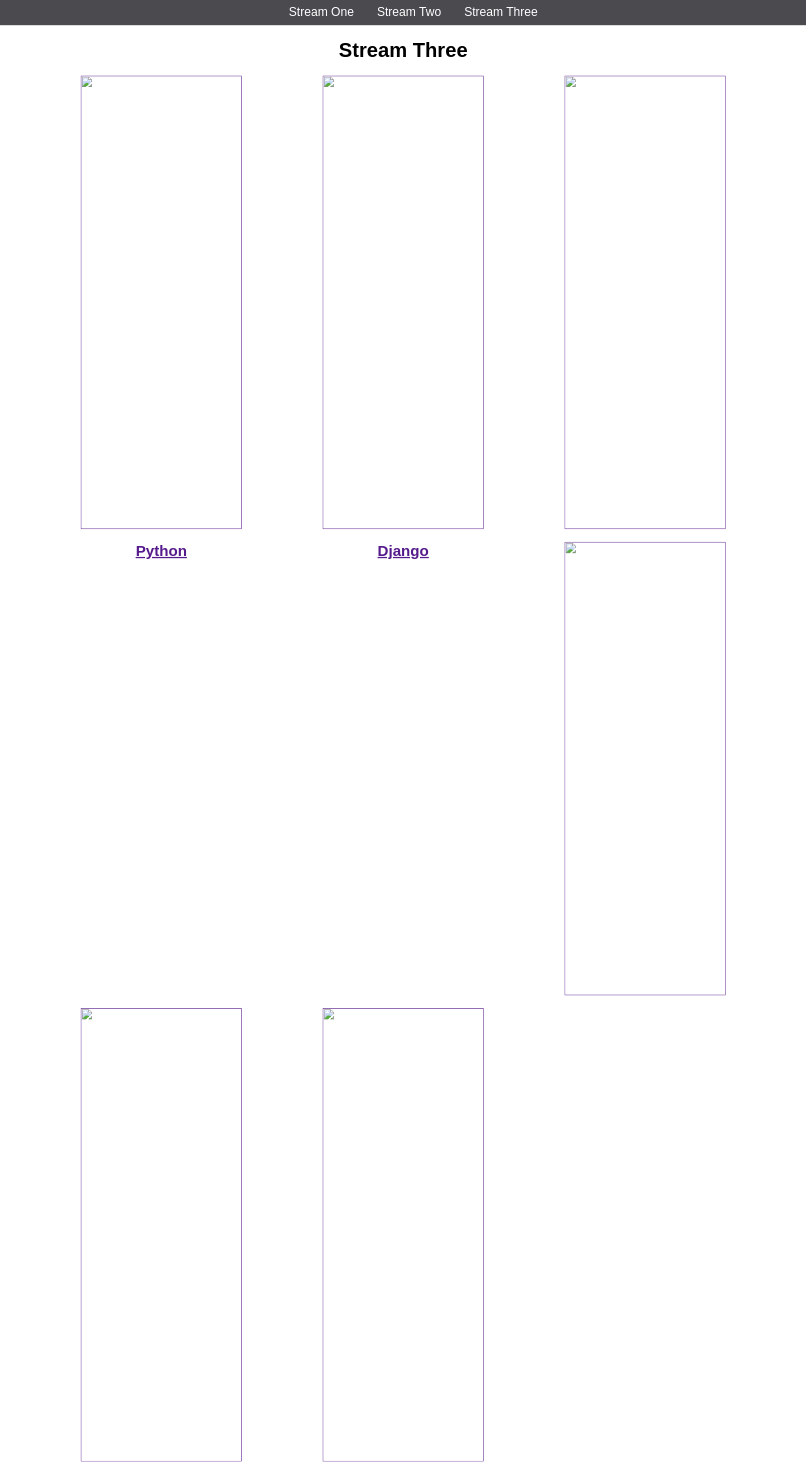
Repository: 1208kelly/my-first-website-aws
Page: stream-three.html
The author's editor kept a record of every edit. The page is drawn from the files as they stood at one moment, then again after the next edit.
The browser window is 1280 px wide. The pictures show the whole page, at 63% of full size.

Above is the page before.

After the next edit:
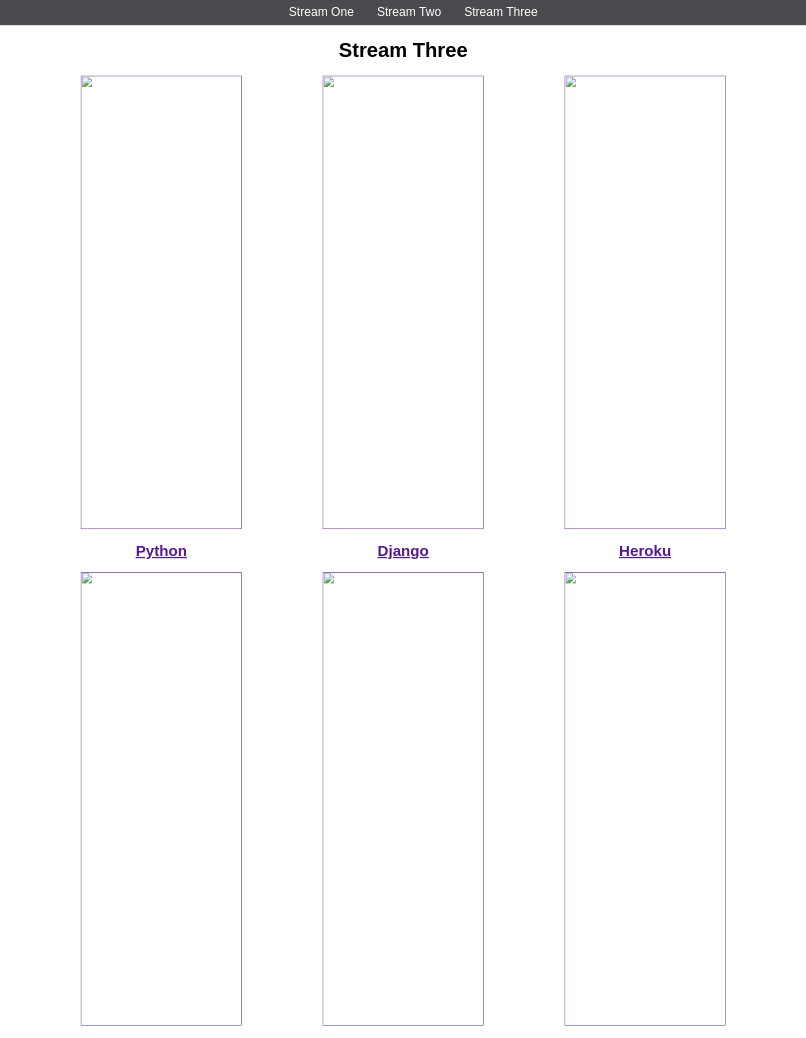
The edit:
--- a/stream-three.html
+++ b/stream-three.html
@@ -28,7 +28,7 @@
         <div class='card'>
             <a href="">
                 <img src="" />
-                <h2></h2>
+                <h2>Heroku</h2>
             </a>
         </div>
         <div class='card'>
